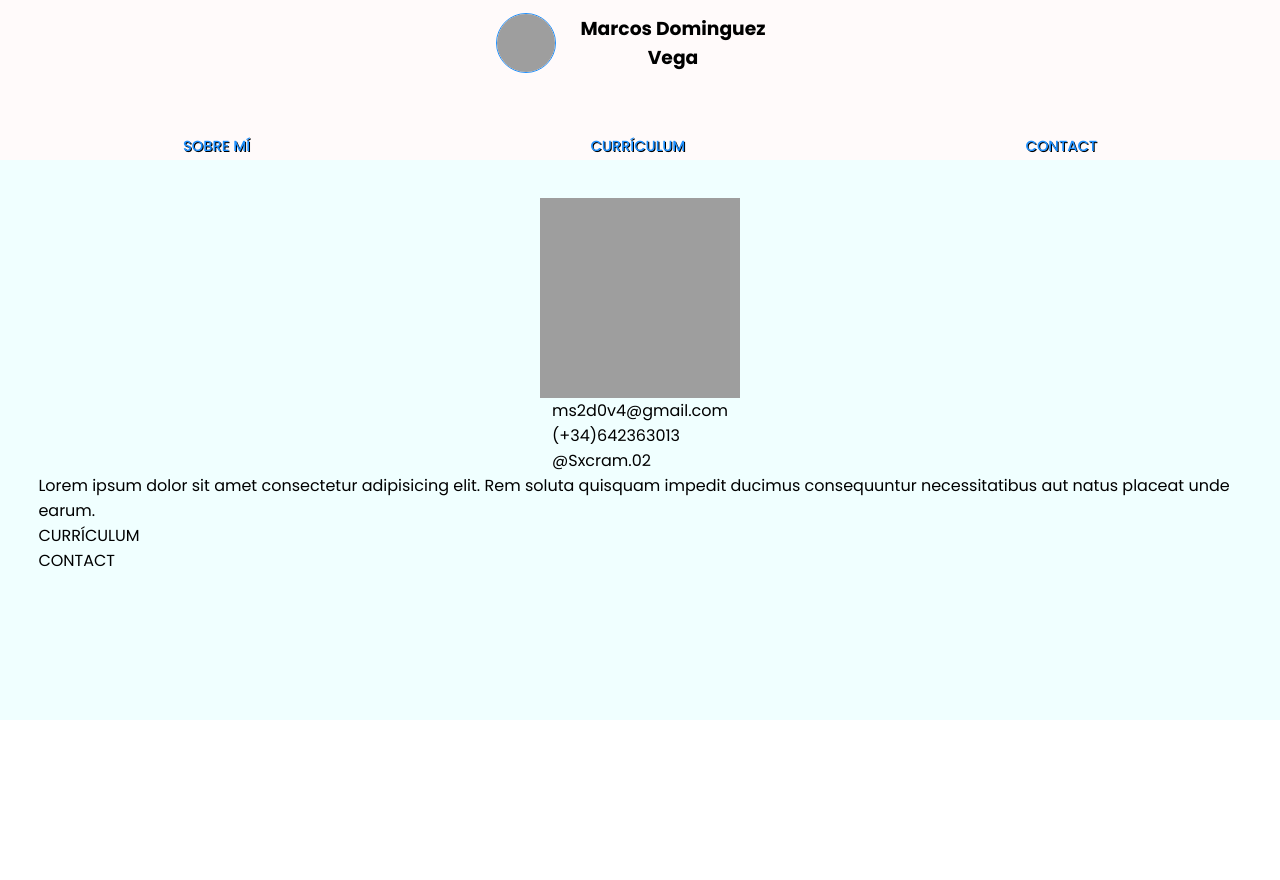
Repository: Sxcram02/Portfoliov.2
Page: index.html
These files come from the project's save history. The page is drawn as it stood at one moment and after the next save; the edit follows.
The browser window is 1280 px wide. The pictures show the whole page.
Pictures or frames that could not be fetched are drawn as grey boxes.

Above is the page before, as saved 2023-04-11 00:13:14.

### index.html
<!DOCTYPE html>
<html lang="en">
<head>
    <meta charset="UTF-8">
    <meta http-equiv="X-UA-Compatible" content="IE=edge">
    <meta name="viewport" content="width=device-width, initial-scale=1.0">
    <link rel="stylesheet" href="css/style.css" />
    <link rel="shortcut icon" href="https://picsum.photo/160" type="image/x-icon" />
    <title>miPortFolio</title>
</head>
<body>
    <div class="root">
        <header>
            <div class="box-porfile">
                <img src="https://picsum.photos/200" alt="porfile" />
                <h3 class="name">Marcos Dominguez Vega</h3>
            </div>
            <nav>
                <ul class="nav-bar">
                    <li><a href="">SOBRE MÍ</a></li>
                    <li><a href="">CURRÍCULUM</a></li>
                    <li><a href="">CONTACT</a></li>
                </ul>
            </nav>
        </header>
        <main>
            <section class="sobreMi">
                <article class="box-image">
                    <img src="https://picsum.photos/200" alt="porfile" />
                    <ul class="redes">
                        <li>ms2d0v4@gmail.com</li>
                        <li>(+34)642363013</li>
                        <li>@Sxcram.02</li>
                    </ul>
                </article>
                <article class="info">
                    <p>Lorem ipsum dolor sit amet consectetur adipisicing elit. Rem soluta quisquam impedit ducimus consequuntur necessitatibus aut natus placeat unde earum.</p>
                    <ul class="nav-bar2">
                        <li>CURRÍCULUM</li>
                        <li>CONTACT</li>
                    </ul>
                </article>
            </section>
        </main>
    </div>
</body>
</html>

### css/style.css
@import url('https://fonts.googleapis.com/css2?family=Poppins:ital,wght@0,400;0,500;0,600;0,700;0,800;0,900;1,400&display=swap');

* {
    margin: 0;
    padding: 0;
    box-sizing: border-box;
    font-family: 'Poppins',sans-serif;
    list-style: none;
    text-decoration: none;
}

.root {
    width: 100vw;
    height: 100vh;
    background-color: azure;
}

header {
    width: 100%;
    height: 10em;
    padding: 1%;
    background-color: snow;
    display: flex;
    flex-direction: column;
    align-items: center;
}

.box-porfile {
    display: flex;
    align-items: center;
    text-align: center;
}

.box-porfile > img {
    width: 60px;
    height: 60px;
    border-radius: 100%;
    margin-left: 2%;
    border: 1px solid dodgerblue;
}

.box-porfile > img:hover {
    border: 1px solid orange;
    transition: all 0.3s;
}

nav {
    width: 100%;
    margin-top: 5%;
}

.nav-bar {
    display: flex;
    align-items: center;
    justify-content: space-around;
    font-weight: 500;
    text-shadow: 1px 1px black;
    font-size: 11pt;
}

.nav-bar li > a {
    border-radius: 10px;
    padding: 10px;
    cursor: pointer;
    color: dodgerblue;
}

.nav-bar li:hover > a {
    background-color: rgba(128, 128, 128, 0.604);
    color:orange;
    transition: all 0.3s;
}

main {
    width: 100vw;
    height: 100vh;
}

.sobreMi {
    padding: 3%;
    display: grid;
    grid-template-columns: 1,1fr;
    grid-template-rows: repeat(2,1.4fr);
}

.box-image {
    display: flex;
    flex-direction: column;
    align-items: center;
}

After the next save:
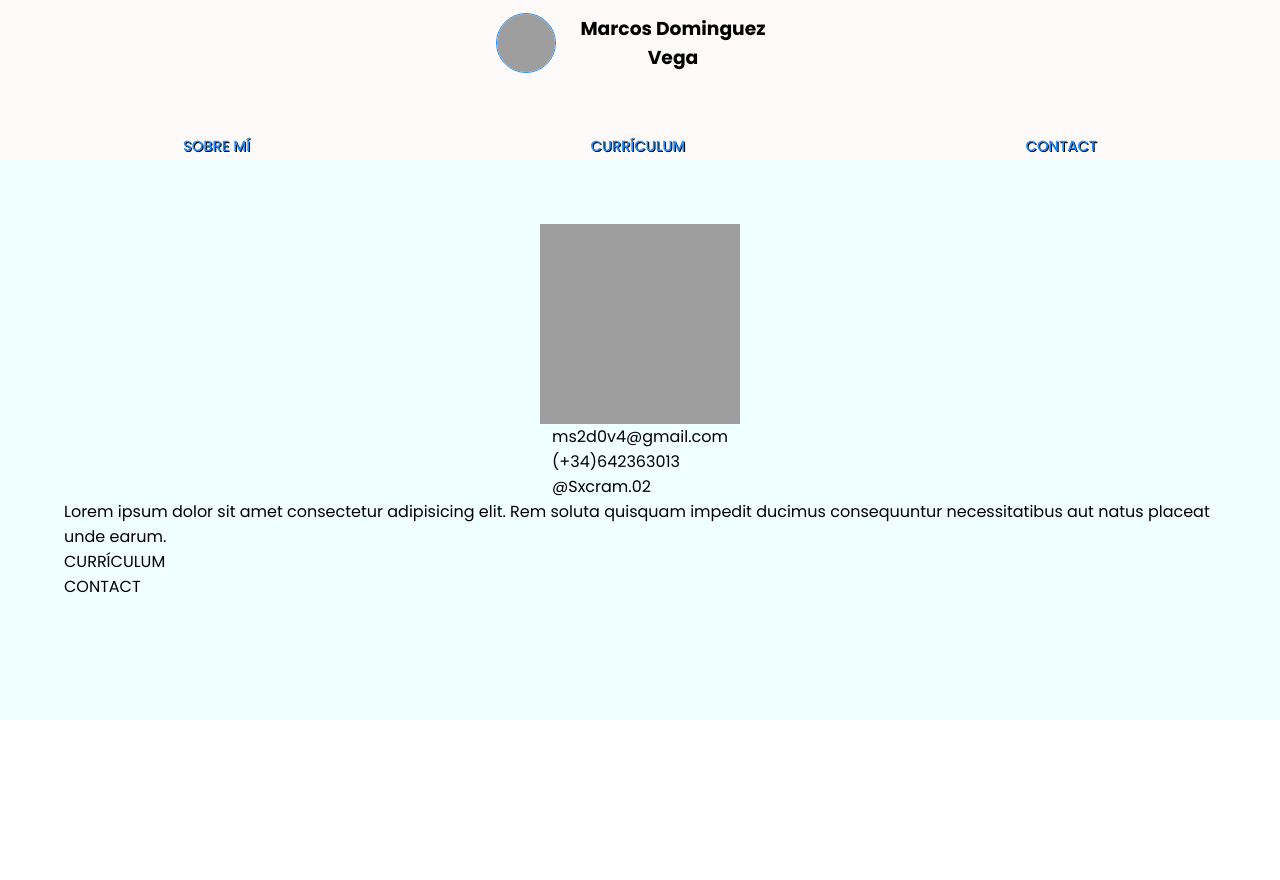
Saved 4 s later.
--- a/css/style.css
+++ b/css/style.css
@@ -77,7 +77,7 @@ main {
 }
 
 .sobreMi {
-    padding: 3%;
+    padding: 5%;
     display: grid;
     grid-template-columns: 1,1fr;
     grid-template-rows: repeat(2,1.4fr);
